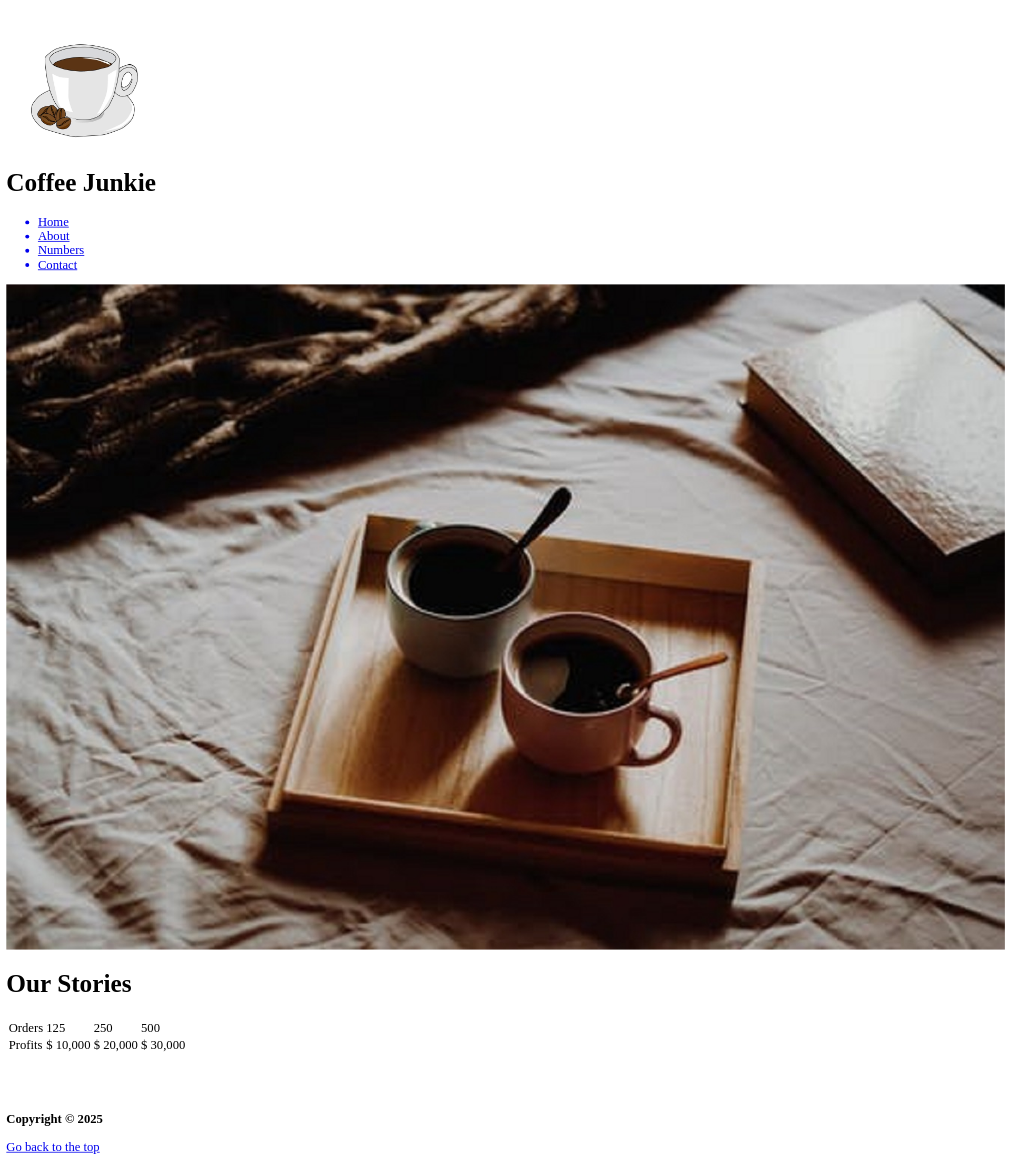
Repository: Tranghii/HTML-CSS
Page: HTML&CSS/miniExercise/number.html
The author's editor kept a copy of each file at every save. The page is drawn from the files as they stood at one save, then again after the next save.
The browser window is 1280 px wide. The pictures show the whole page, at 79% of full size.

Above is the page before, as saved 2025-10-11 21:48:59.

After the next save:
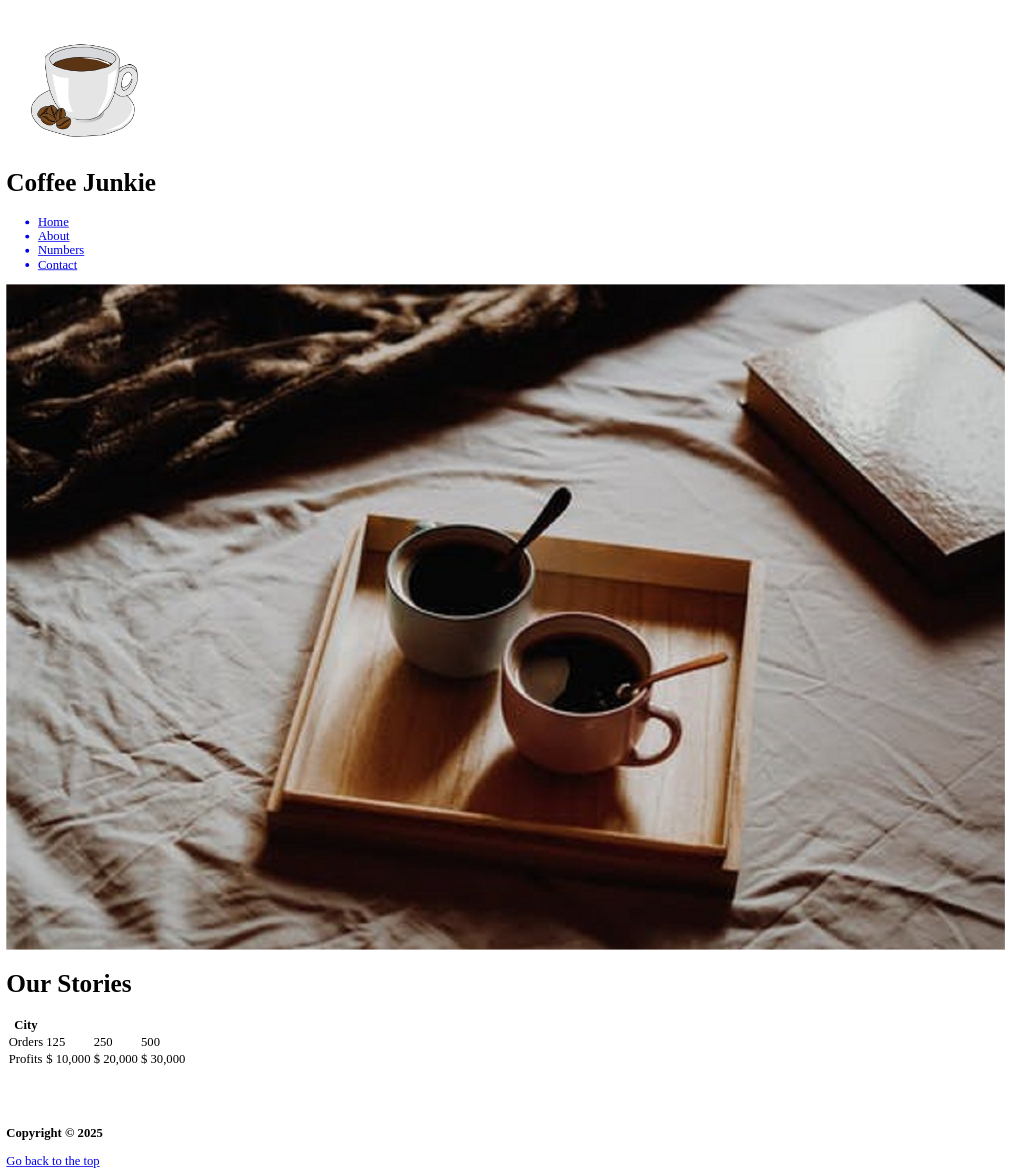
Saved 7 s later.
--- a/HTML&CSS/miniExercise/number.html
+++ b/HTML&CSS/miniExercise/number.html
@@ -22,7 +22,7 @@
                 <table>
                     <thead>
                         <tr>
-                            <th></th>
+                            <th>City</th>
                             <th></th>
                             <th></th>
                             <th></th>
